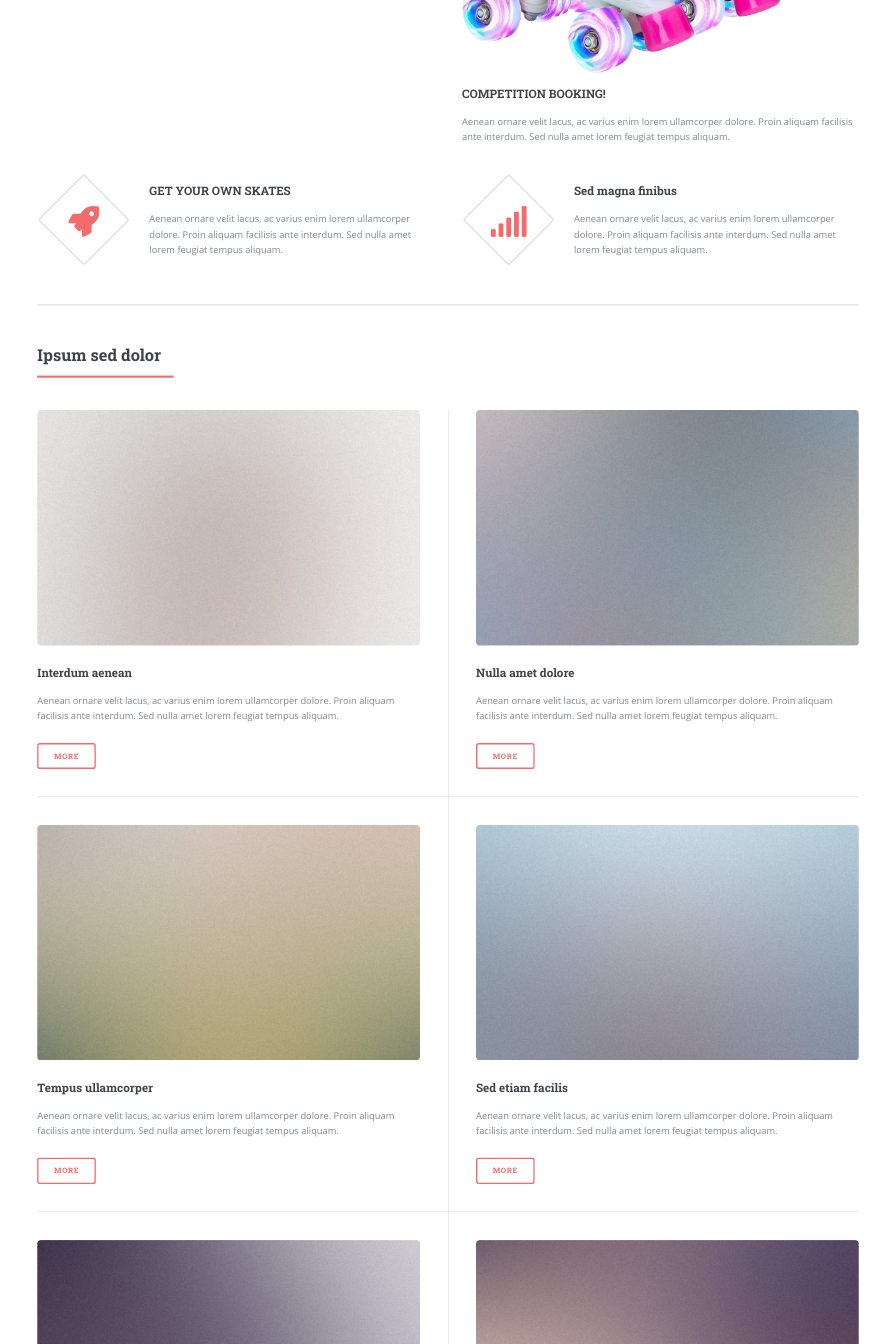
Repository: rachel648/New_Elite
Page: index.html
These files come from the project's save history. The page is drawn as it stood at one moment and after the next save; the edit follows.
The browser window is 1280 px wide. The pictures show the part of the page from y = 1341 to 3261 px (the page is 3680 px tall before and 3857 px after), at 70% of full size.

Above is the page before, as saved 2024-09-20 14:37:24.

After the next save:
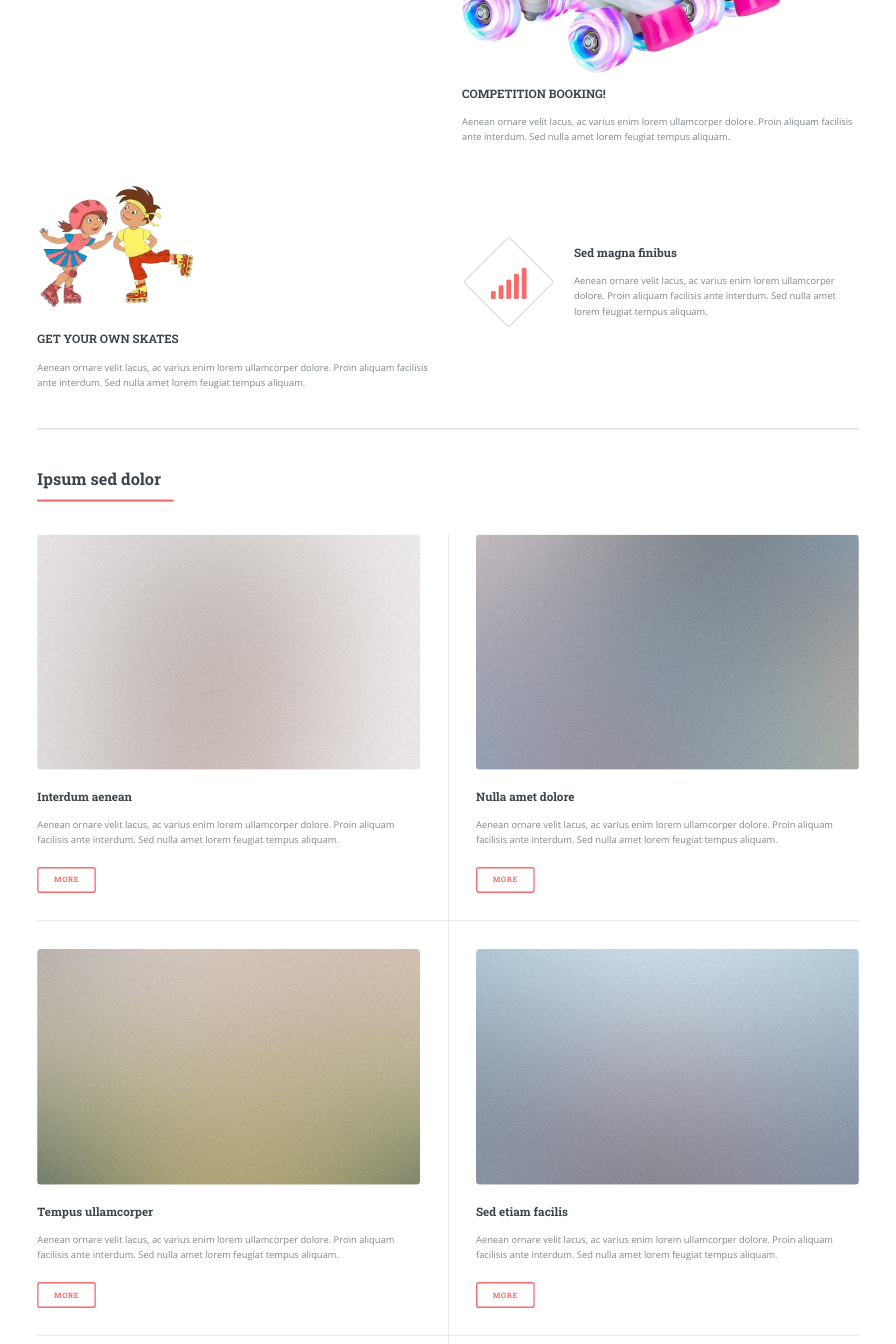
Saved 4 min 47 s later.
--- a/index.html
+++ b/index.html
@@ -68,7 +68,8 @@
 											</div>
 										</article>
 										<article>
-											<span class="icon solid fa-rocket"></span>
+											<span class="image object">
+												<img src="images/competition-removebg-preview.png" alt="" />
 											<div class="content">
 												<h3>GET YOUR OWN SKATES</h3>
 												<p>Aenean ornare velit lacus, ac varius enim lorem ullamcorper dolore. Proin aliquam facilisis ante interdum. Sed nulla amet lorem feugiat tempus aliquam.</p>
